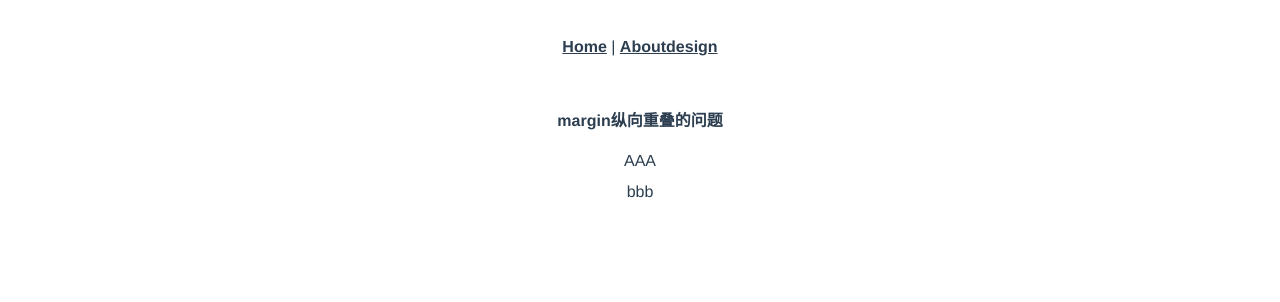
Repository: 1025215705/design
Page: /layout/2 (app in vue-ts/)
The author's editor kept a copy of each file at every save. The page is drawn from the files as they stood at one save, then again after the next save.
The browser window is 1280 px wide. The pictures show the whole page.
The project was rebuilt for these pictures with package versions that can differ from the ones it lists, and the page was loaded fresh each time. Also part of the build but not shown: vue-ts/src/components/HelloWorld.vue, vue-ts/src/views/Home.vue, vue-ts/src/practice/design/adaptee.ts, vue-ts/src/practice/design/decorator.ts, vue-ts/src/practice/design/observer.ts, vue-ts/src/practice/design/proxy.ts, vue-ts/src/practice/design/singletonLogin.ts, vue-ts/src/practice/design/userFactory.ts and 4 more.

Above is the page before, as saved 2020-12-11 12:06:03.

### vue-ts/src/main.ts
import Vue from 'vue'
import App from './App.vue'
import router from './router'
import store from './store'
import ElementUI from 'element-ui'
import 'element-ui/lib/theme-chalk/index.css'
Vue.config.productionTip = false
Vue.use(ElementUI);
new Vue({
  router,
  store,
  render: h => h(App)
}).$mount('#app')

### vue-ts/src/App.vue
<template>
  <div id="app">
    <div id="nav">
      <router-link to="/">Home</router-link> |
      <router-link to="/about">About</router-link>
      <router-link to="/design">design</router-link>
    </div>
    <router-view/>
  </div>
</template>

<style lang="scss">
#app {
  font-family: Avenir, Helvetica, Arial, sans-serif;
  -webkit-font-smoothing: antialiased;
  -moz-osx-font-smoothing: grayscale;
  text-align: center;
  color: #2c3e50;
}

#nav {
  padding: 30px;

  a {
    font-weight: bold;
    color: #2c3e50;

    &.router-link-exact-active {
      color: #42b983;
    }
  }
}
</style>

### vue-ts/src/router/index.ts
import Vue from 'vue'
import VueRouter, { RouteConfig } from 'vue-router'
import Home from '../views/Home.vue'
import design from "../practice/design/index.vue"
import class2To10 from "../practice/class/class2To10.vue"
import  class11To20 from "../practice/class/class11To20.vue"
import box from "../practice/layout/box.vue";
import magrin from "../practice/layout/magrin.vue";
Vue.use(VueRouter)

const routes: Array<RouteConfig> = [
  {
    path: '/',
    name: 'Home',
    component: Home
  },
  {
    path: '/about',
    name: 'About',
    // route level code-splitting
    // this generates a separate chunk (about.[hash].js) for this route
    // which is lazy-loaded when the route is visited.
    component: () => import(/* webpackChunkName: "about" */ '../views/About.vue')
  },
  {
    path: '/design',
    name: 'design',
    // route level code-splitting
    // this generates a separate chunk (about.[hash].js) for this route
    // which is lazy-loaded when the route is visited.
    component: design
  },
  {
    path: '/class/2',
    name: 'class2To10',
    // route level code-splitting
    // this generates a separate chunk (about.[hash].js) for this route
    // which is lazy-loaded when the route is visited.
    component: class2To10
  },
  {
    path: '/class/3',
    name: 'class11To20',
    // route level code-splitting
    // this generates a separate chunk (about.[hash].js) for this route
    // which is lazy-loaded when the route is visited.
    component: class11To20
  },
  {
      path:"/layout/1",
      name:"1",
      component: box
  },
  {
    path:"/layout/2",
    name:"1",
    component: magrin
}
]

const router = new VueRouter({
  mode: 'history',
  base: process.env.BASE_URL,
  routes
})

export default router

### vue-ts/src/practice/layout/magrin.vue
<template>
	<div>
		<h4>margin纵向重叠的问题</h4>
		<p>AAA</p>
        <p>bbb</p>
	</div>
</template>
<script>
export default {}
</script>
<style scoped>
.box {
	width: 100px;
	padding: 10px;
	border: 1px solid #ccc;
	margin: 10px;
	background-color: blue;
}
.box2 {
	width: 100px;
	padding: 10px;
	border: 1px solid #ccc;
	margin: 10px;
	background-color: red;
	box-sizing: border-box;
}
p{
    font-size: 16px;
    line-height: 1;
    margin-bottom: 15px;
    margin-top: 10px;
}
</style>

Loaded but not shown: vue-ts/public/index.html (common file); vue-ts/src/store/index.ts (common file)

After the next save:
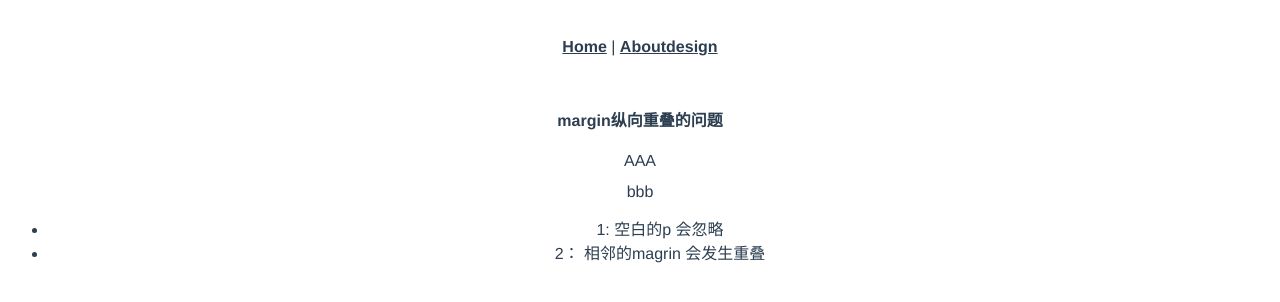
Saved 5 min 16 s later.
--- a/vue-ts/src/practice/layout/magrin.vue
+++ b/vue-ts/src/practice/layout/magrin.vue
@@ -2,7 +2,13 @@
 	<div>
 		<h4>margin纵向重叠的问题</h4>
 		<p>AAA</p>
-        <p>bbb</p>
+		<p>bbb</p>
+		<div>
+			<ul>
+				<li>1: 空白的p 会忽略</li>
+				<li>2： 相邻的magrin 会发生重叠</li>
+			</ul>
+		</div>
 	</div>
 </template>
 <script>
@@ -24,10 +30,10 @@ export default {}
 	background-color: red;
 	box-sizing: border-box;
 }
-p{
-    font-size: 16px;
-    line-height: 1;
-    margin-bottom: 15px;
-    margin-top: 10px;
+p {
+	font-size: 16px;
+	line-height: 1;
+	margin-bottom: 15px;
+	margin-top: 10px;
 }
 </style>
